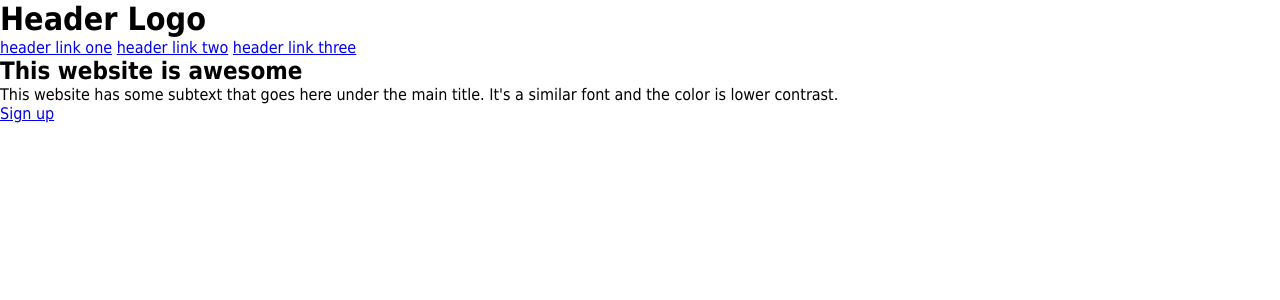
Repository: Pafestivo/Dummy-Landing-Page
Page: index.html
An editor plug-in stored every save of this project. The page is shown before and after the next save, followed by the edit.
The browser window is 1280 px wide. The pictures show the whole page.

Above is the page before, as saved 2022-09-26 17:33:14.

After the next save:
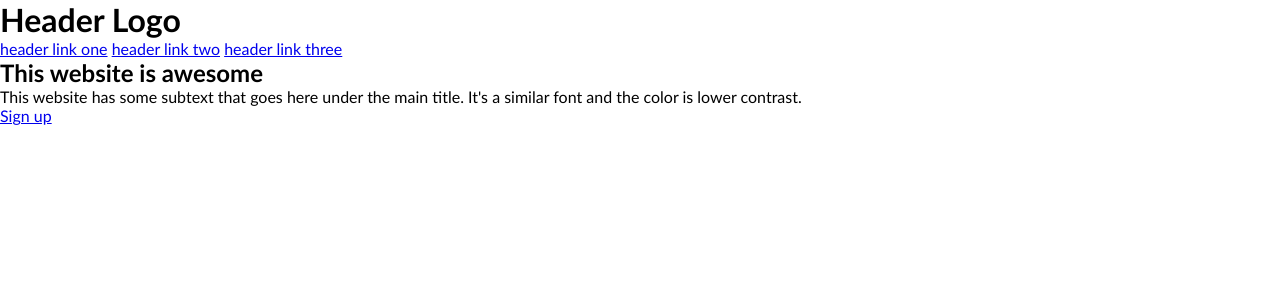
Saved 7 s later.
--- a/styles.css
+++ b/styles.css
@@ -5,5 +5,5 @@
 }
 
 body {
-  font-family: Tahoma;
+  font-family: Trebuchet MS;
 }
